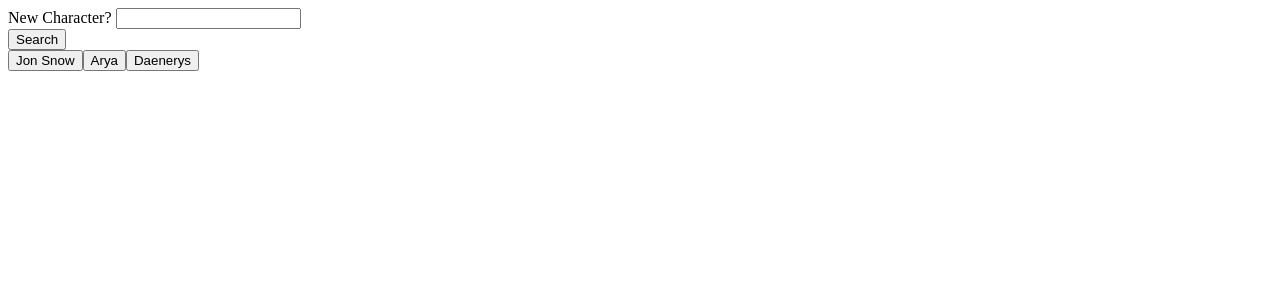
Repository: dsaftler/GifTastic
Page: index.html
An editor plug-in stored every save of this project. The page is shown before and after the next save, followed by the edit.
The browser window is 1280 px wide. The pictures show the whole page.
Some web libraries are served in a nearby version.

Above is the page before, as saved 2019-04-18 17:46:17.

### index.html
<!DOCTYPE html>
<html lang="en">
<head>
    <!-- meta tags -->
    <meta http-equiv="content-type" content="text/html; charset=utf-8">
    <meta name="viewport" content="width=device-width, initial-scale=1.0">
    <!-- bootstrap -->

    <!-- custom css -->
    <link rel="stylesheet" href="assets/CSS/style.css" type="text/css">

  <title>GOT Giffy?</title>
</head>
<body>
<div class="container">
  <div class="btnsDiv">
  <div class="getTopic">

    <form role="form">

      <!-- Here we create the text box for capturing the search term-->
      <div class="form-group">
        <label for="search">New Character? </label>
        <input type="text" class="form-control" id="search-term">
      </div>

      <!-- Here we capture the number of records that the user wants to retrieve  -->
      <!-- <div class="form-group">
        <label for="pwd">Number of Imagess to Retrieve:</label>
        <select id="article-count" class="custom-select" aria-labelledby="dropdownMenuButton">
          <option selected value="1">1</option>
          <!-- Setting the option for 5 as default -->
          <!-- <option value="5" selected>5</option>
          <option value="10">10</option>
        </select>
      </div> -->


      <!-- Here we have our final submit button -->
      <button type="submit" class="btn btn-default" id="run-search">
        <i class="fa fa-search"></i> Search</button>

    </form>




  </div>
  <div class="showGifs">

  </div>

  </div>

</div>
<!-- <iframe src="https://giphy.com/embed/26FmPX0RBmzdY2HmM" width="480" height="239" frameBorder="0" class="giphy-embed"
  allowFullScreen></iframe>
<p><a href="https://giphy.com/gifs/gameofthrones-game-of-thrones-hbo-26FmPX0RBmzdY2HmM">via GIPHY</a></p> -->
<!-- bootstrap scripts -->
 <script src="https://cdnjs.cloudflare.com/ajax/libs/jquery/3.2.1/jquery.min.js"></script>
<script src="https://cdnjs.cloudflare.com/ajax/libs/popper.js/1.14.7/umd/popper.min.js"
  integrity="sha384-UO2eT0CpHqdSJQ6hJty5KVphtPhzWj9WO1clHTMGa3JDZwrnQq4sF86dIHNDz0W1" crossorigin="anonymous"></script>
<script src="https://stackpath.bootstrapcdn.com/bootstrap/4.3.1/js/bootstrap.min.js"
  integrity="sha384-JjSmVgyd0p3pXB1rRibZUAYoIIy6OrQ6VrjIEaFf/nJGzIxFDsf4x0xIM+B07jRM" crossorigin="anonymous"></script>
<script src="assets/Javascript/app.js"></script>

</body>
</html>

### assets/CSS/style.css
body {
  background-image: "assets/images/ezgif.com-resize.webp"
}

### assets/Javascript/app.js
// var topics=["Jon Snow","Sansa","Cersei","Arya","Daenerys","Jaime","Catelyn"];
var topics = ["Jon Snow",  "Arya", "Daenerys"];
var topic, newBtn, i, btnId
//$("button").on("click", getGif());

$(function () {
  createButtons();
//$(".getTopic").hide();

});

function createButtons() {
  for (let i=0; i<topics.length; i++) {
    topic=topics[i]
    // btnId ='topicbtn_' + i
    var newBtn = $('<button>' + topic + '</button>')
        .attr('onclick', 'getGif(this.textContent);')
        .addClass('btn')
        .attr("id",'topicbtn_' + i);
       $(".btnsDiv").append(newBtn);
    };

  }


function getGif(myTopic){

  //alert("clicked "+myTopic );
  var queryURL = "http://api.giphy.com/v1/gifs/search?q=" +
    myTopic + "&api_key=cQ6v8TyEzI3FgHn04lpj1mdBt9i4u5n8&limit=10";
  $.ajax({
    url: queryURL,
    method: "GET"
  })
    .then(function (response) {
      // Storing an array of results in the results variable
      var results = response.data;
    //console.log(results);
      showGifs(results)
  });
  function showGifs(imgSet){

    //console.log(imgSet);
    $(".showGifs").empty();
    for (var i = 0; i < imgSet.length; i++) {

      // Creating and storing a div tag

      // Creating a paragraph tag with the result item's rating
      var p = $("<p>").text("Rating: " + imgSet[i].rating);

      // Creating and storing an image tag
      var myImage = $("<img>");
      // Setting the src attribute of the image to a property pulled off the result item
      myImage.attr("src", imgSet[i].images.fixed_height.url);
      // !the rating should be UNDER the gif


      // Appending the paragraph and image tag to the animalDiv
      $(".showGifs").append(p);
      $(".showGifs").append(myImage);
    }
  };
  //TODO add the form for input and add button

}

After the next save:
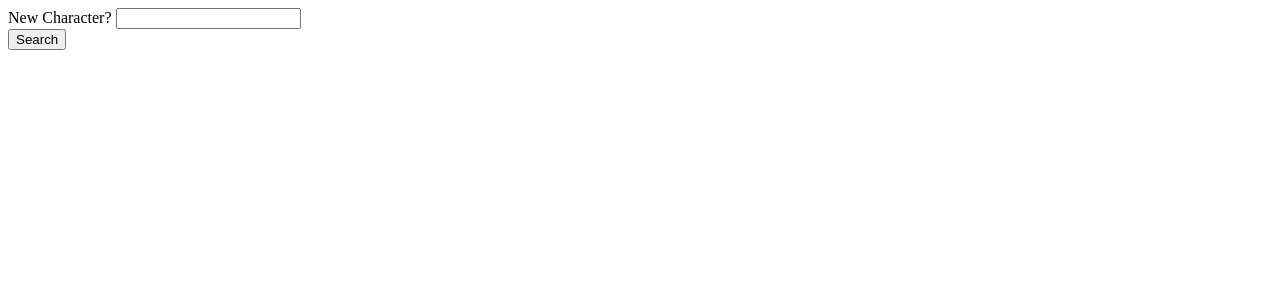
Console error: SyntaxError: Unexpected token '}'
Saved 24 h 12 min later.
--- a/assets/Javascript/app.js
+++ b/assets/Javascript/app.js
@@ -14,16 +14,16 @@
     topic=topics[i]
     // btnId ='topicbtn_' + i
     var newBtn = $('<button>' + topic + '</button>')
-        .attr('onclick', 'getGif(this.textContent);')
         .addClass('btn')
         .attr("id",'topicbtn_' + i);
        $(".btnsDiv").append(newBtn);
     };
 
   }
-
-
-function getGif(myTopic){
+      // .attr('onclick', 'getGif(this.textContent);')
+$('#btn').on('click'), function() {}
+// function getGif(myTopic){
+  var myTopic=this.text()
 
   //alert("clicked "+myTopic );
   var queryURL = "http://api.giphy.com/v1/gifs/search?q=" +
@@ -61,6 +61,8 @@
       $(".showGifs").append(myImage);
     }
   };
+
+
   //TODO add the form for input and add button
 
 }

After the 2 saves that followed:
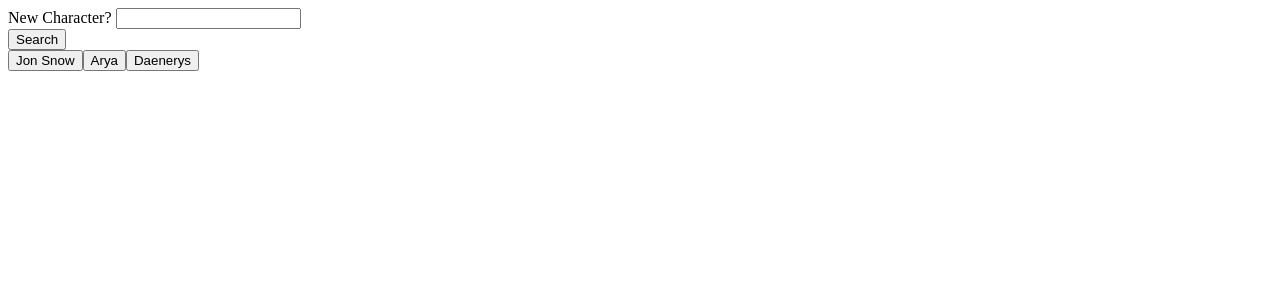
The error is gone.
The 2 saves are shown as one change because 1 left the picture as it was.
The last was saved 4 min 11 s later.
--- a/assets/Javascript/app.js
+++ b/assets/Javascript/app.js
@@ -21,7 +21,7 @@
 
   }
       // .attr('onclick', 'getGif(this.textContent);')
-$('#btn').on('click'), function() {}
+$('#btn').on('click', function() {
 // function getGif(myTopic){
   var myTopic=this.text()
 
@@ -38,6 +38,7 @@
     //console.log(results);
       showGifs(results)
   });
+});
   function showGifs(imgSet){
 
     //console.log(imgSet);
@@ -64,5 +65,3 @@
 
 
   //TODO add the form for input and add button
-
-}
